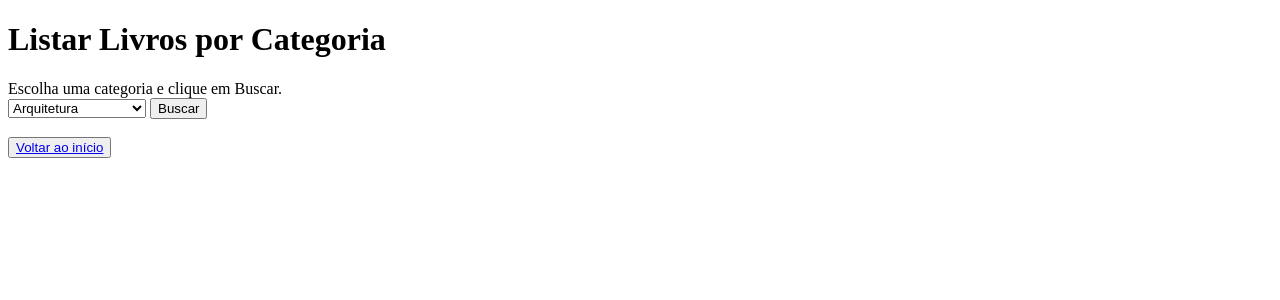
Repository: pedro202100/sistema-de-livros
Page: ProjetoLivrariaClienteServidor/src/main/webapp/busca_de_livros.html
An editor plug-in stored every save of this project. The page is shown before and after the next save, followed by the edit.
The browser window is 1280 px wide. The pictures show the whole page.

Above is the page before, as saved 2022-11-07 01:30:14.

### ProjetoLivrariaClienteServidor/src/main/webapp/busca_de_livros.html
<!DOCTYPE html>
<html>
<head>
<meta charset="UTF-8">
<title>Atividade Aula 10</title>
</head>
<body>
	<h1>Listar Livros por Categoria</h1>
	<label for="categoria">Escolha uma categoria e clique em Buscar.</label>
	<form method="GET" action="Atividade">
		<input type="hidden" name="action" value="categoria"/>
		<select id="categoria" name="categoria">
			<option value="Arquitetura">Arquitetura</option>
			<option value="Design">Design</option>
			<option value="Informática">Informática</option>
			<option value="Literatura Brasileira">Literatura Brasileira</option>
			<option value="Literatura Infantil">Literatura Infantil</option>
			<option value="Literatura Universal">Literatura Universal</option>
			<option value="Música e Arte">Música e Arte</option>
		</select>
		<input type="submit" value="Buscar"><br>
		<br>
	</form>
	<button><a href="./index.html">Voltar ao início</a></button><br>
</body>
</html>

After the next save:
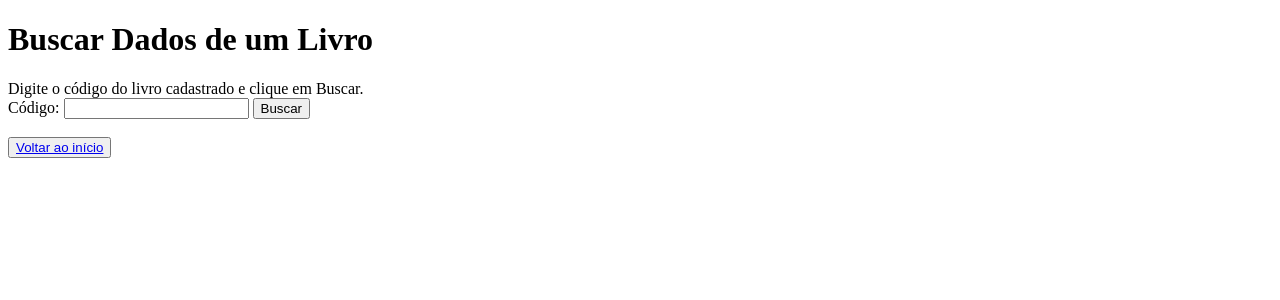
Saved 4 min 22 s later.
--- a/ProjetoLivrariaClienteServidor/src/main/webapp/busca_de_livros.html
+++ b/ProjetoLivrariaClienteServidor/src/main/webapp/busca_de_livros.html
@@ -5,22 +5,15 @@
 <title>Atividade Aula 10</title>
 </head>
 <body>
-	<h1>Listar Livros por Categoria</h1>
-	<label for="categoria">Escolha uma categoria e clique em Buscar.</label>
+	<h1>Buscar Dados de um Livro</h1>
+	<label>Digite o código do livro cadastrado e clique em Buscar.</label>
 	<form method="GET" action="Atividade">
-		<input type="hidden" name="action" value="categoria"/>
-		<select id="categoria" name="categoria">
-			<option value="Arquitetura">Arquitetura</option>
-			<option value="Design">Design</option>
-			<option value="Informática">Informática</option>
-			<option value="Literatura Brasileira">Literatura Brasileira</option>
-			<option value="Literatura Infantil">Literatura Infantil</option>
-			<option value="Literatura Universal">Literatura Universal</option>
-			<option value="Música e Arte">Música e Arte</option>
-		</select>
+		<input type="hidden" name="action" value="codigo"/>
+		<label>Código: </label>
+		<input type="text" name="codigo" required>
 		<input type="submit" value="Buscar"><br>
 		<br>
 	</form>
-	<button><a href="./index.html">Voltar ao início</a></button><br>
+	<button><a href="./nomes_pag.html">Voltar ao início</a></button><br>
 </body>
 </html>
